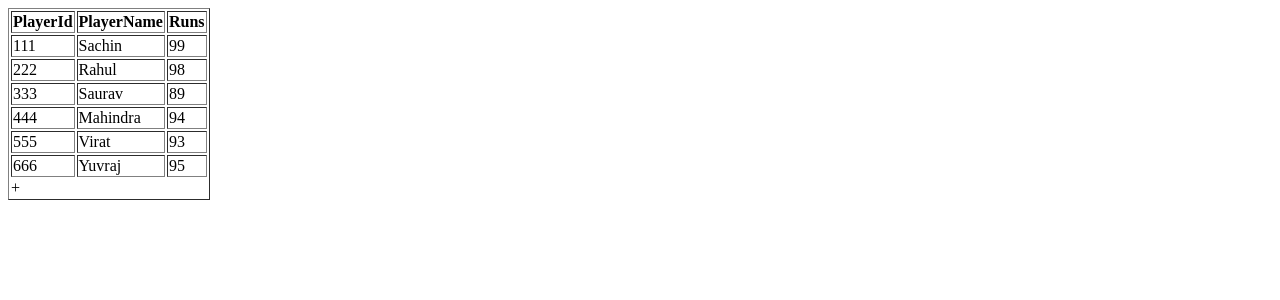
Repository: Gramastha/backup
Page: javascript/JavaScript-Assignment/Q9.html
The author's editor kept a copy of each file at every save. The page is drawn from the files as they stood at one save, then again after the next save.
The browser window is 1280 px wide. The pictures show the whole page.

Above is the page before, as saved 2017-01-06 09:16:08.

### javascript/JavaScript-Assignment/Q9.html
<!doctype html>
<html lang="en">
<head>
	<meta charset="UTF-8" />
	<title>Q9</title>
	<script>
		var a=[{		id: 111,		name: "Sachin",		runs: 99		},
			{		id: 222,		name: "Rahul",		runs: 98		},
		{		id: 333,		name: "Saurav",		runs: 89		},
		{		id: 444,		name: "Mahindra",		runs: 94		},
		{		id: 555,		name: "Virat",		runs: 93		},
		{		id: 666,		name: "Yuvraj",		runs: 95		}];
 // a.forEach(function(v,i,arr){
 	// console.log("object-"+i)
 	// for(o in v){
 		// console.log(o+" : "+v[o])
 	// }
 // });
 window.onload= function(){
 	var str= "";
 	a.forEach(function(v,i,arr){
 		str+= "<tr>";
 	//console.log("object-"+i)
 	for(o in v){
 		str+="<td>"+v[o]+"</td>";
 	 	}
 	 	str+="</tr>"
 });
 	document.querySelector("#t1").innerHTML="<tr>+<th><b>PlayerId</b></th><th><b>PlayerName</b></th><th><b>Runs</b></th></tr>"
 											+str

 };
	</script>
</head>
<body>
	<table border="1" id="t1">

	</table>
</body>
</html>

After the next save:
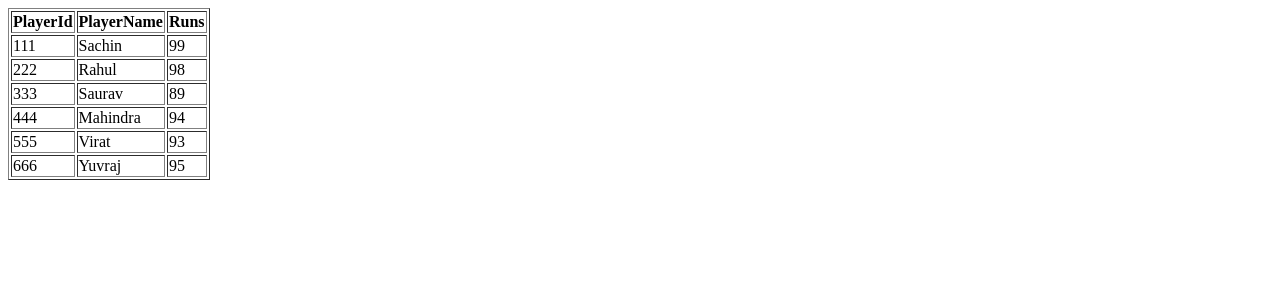
Saved 19 s later.
--- a/javascript/JavaScript-Assignment/Q9.html
+++ b/javascript/JavaScript-Assignment/Q9.html
@@ -26,7 +26,7 @@
  	 	}
  	 	str+="</tr>"
  });
- 	document.querySelector("#t1").innerHTML="<tr>+<th><b>PlayerId</b></th><th><b>PlayerName</b></th><th><b>Runs</b></th></tr>"
+ 	document.querySelector("#t1").innerHTML="<tr><th><b>PlayerId</b></th><th><b>PlayerName</b></th><th><b>Runs</b></th></tr>"
  											+str
 
  };
